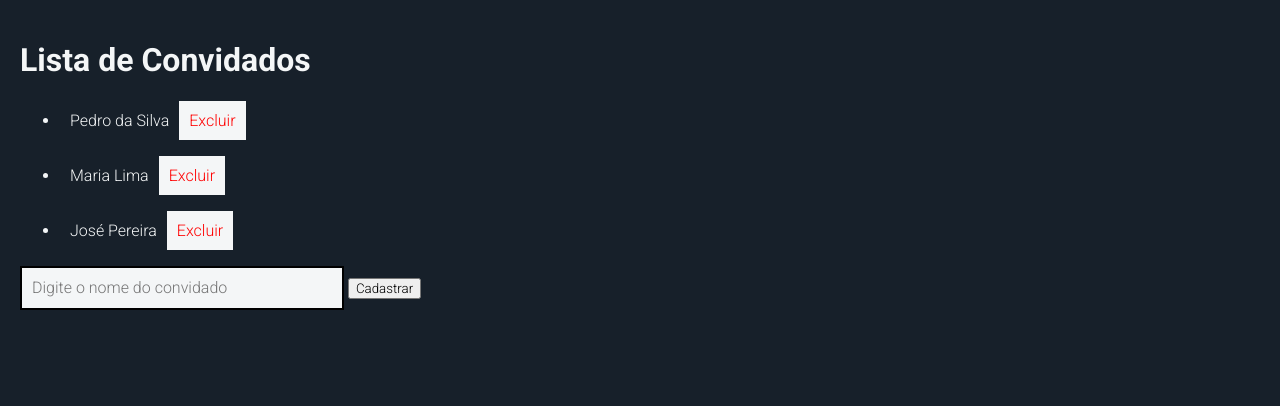
Repository: andrevff/lista-de-convidados
Page: index.html
An editor plug-in stored every save of this project. The page is shown before and after the next save, followed by the edit.
The browser window is 1280 px wide. The pictures show the whole page.

Above is the page before, as saved 2022-11-29 17:40:15.

### index.html
<!DOCTYPE html>
<html lang="pt-br">
<head>
    <meta charset="UTF-8">
    <meta http-equiv="X-UA-Compatible" content="IE=edge">
    <meta name="viewport" content="width=device-width, initial-scale=1.0">
    <link rel="stylesheet" type="text/css" href="assets/css/styles.css">
    <title>Lista de Convidados</title>
</head>
<body>
    <div id="app">
        <h1>Lista de Convidados</h1>
        <ul>
            <li>Pedro da Silva</li>
            <a href="#">Excluir</a>
        </ul>
        <ul>
            <li>Maria Lima</li>
            <a href="#">Excluir</a>
        </ul>
        <ul>
            <li>José Pereira</li>
            <a href="#">Excluir</a>
        </ul>

        <input type="text" name="" placeholder="Digite o nome do convidado" id="">
        <button>Cadastrar</button>

    </div>
    <script src="assets/js/scripts.js" type="text/javascript"></script>
</body>
</html>

### assets/css/styles.css
@import url('https://fonts.googleapis.com/css2?family=Roboto:wght@300;700&display=swap');

* {
    font-family: 'Roboto', sans-serif;
}

body {
    background-color: #17202A;
    color: #F4F6F7;
    padding: 12px;
}

h1 {
    font-weigth: 700;
}

ul {
    display: flex;
    //justify-content: flex-start;
}

li {
    padding: 10px;
}

a {
    text-decoration: none;
    background-color: #F4F6F7;
    padding: 10px;
    color: red;
}

input {
    width: 300px;
    height: 20px;
    padding: 10px;
    font-size: 1em;
    background-color: #F4F6F7;
    border: 2px solid;
}

Loaded but not shown: assets/js/scripts.js (no stored copy; drawn as an empty file)

After the next save:
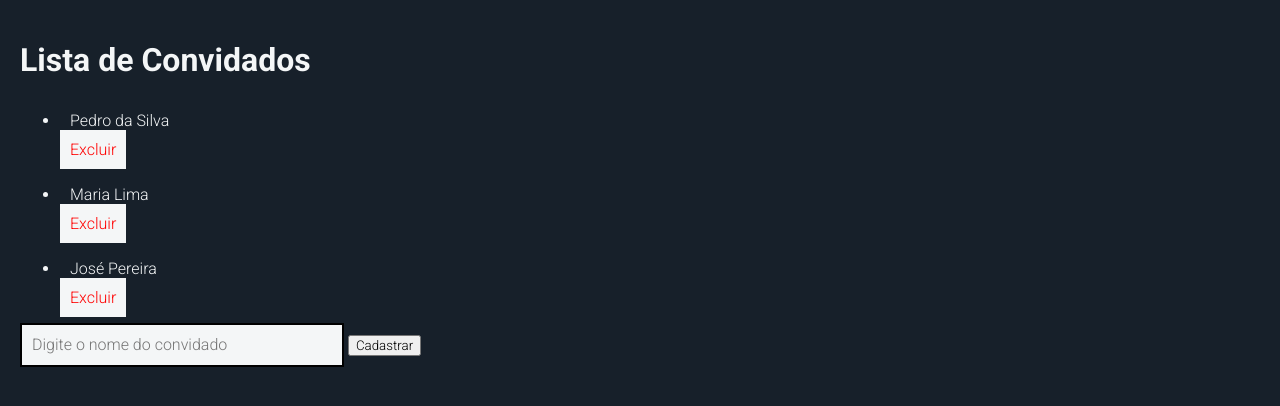
Saved 25 s later.
--- a/assets/css/styles.css
+++ b/assets/css/styles.css
@@ -15,7 +15,7 @@
 }
 
 ul {
-    display: flex;
+    display: flex-col;
     //justify-content: flex-start;
 }
 

After the save that followed:
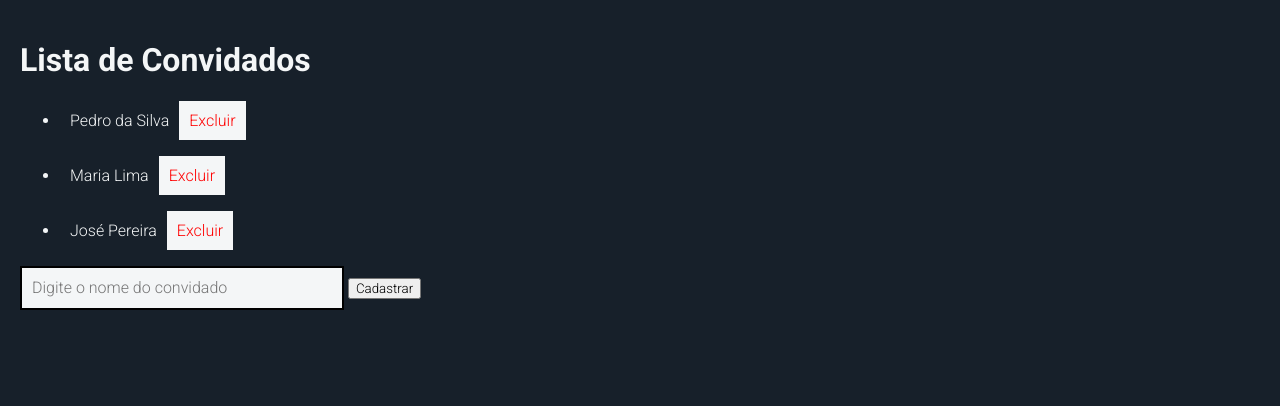
Saved 12 s later.
--- a/assets/css/styles.css
+++ b/assets/css/styles.css
@@ -15,7 +15,7 @@
 }
 
 ul {
-    display: flex-col;
+    display: flex;
     //justify-content: flex-start;
 }
 
